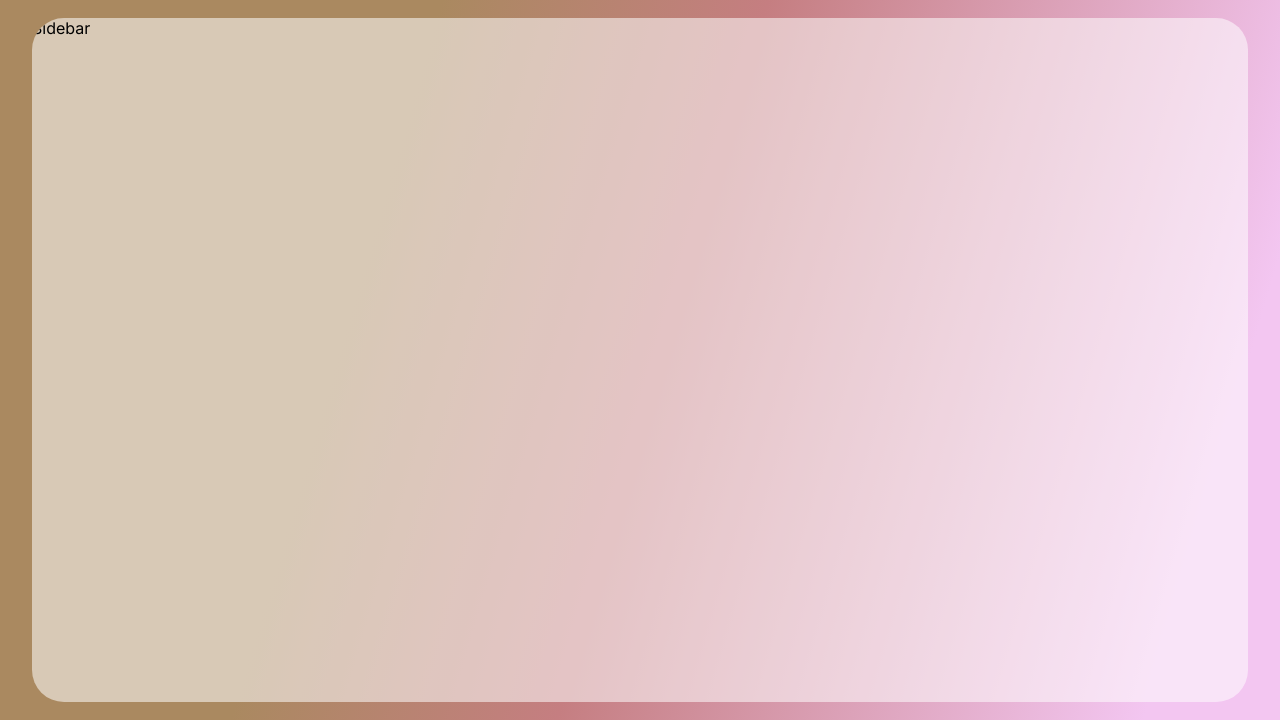
Repository: Zeeohn/react-admin-dash1
Page: /
These files come from the project's save history. The page is drawn as it stood at one moment and after the next save; the edit follows.
The browser window is 1280 px wide. The pictures show the whole page.
The project was rebuilt for these pictures with package versions that can differ from the ones it lists, and the page was loaded fresh each time. Also part of the build but not shown: src/components/sidebar/Sidebar.css.

Above is the page before, as saved 2022-05-20 11:14:13.

After the next save:
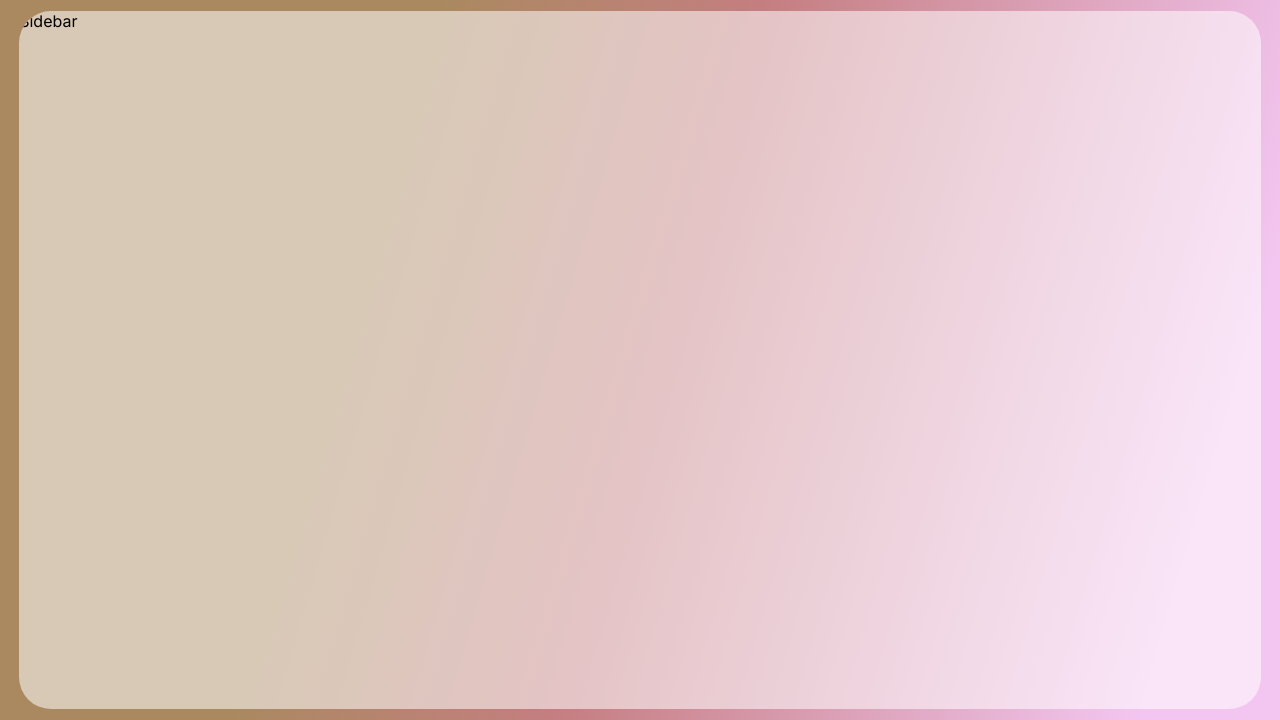
Saved 75 s later.
--- a/src/App.css
+++ b/src/App.css
@@ -27,8 +27,8 @@
 
 .AppGlass {
   display: grid;
-  height: 95%;
-  width: 95%;
+  height: 97%;
+  width: 97%;
   border-radius: 2rem;
   background-color: var(--glass);
   overflow: hidden;
